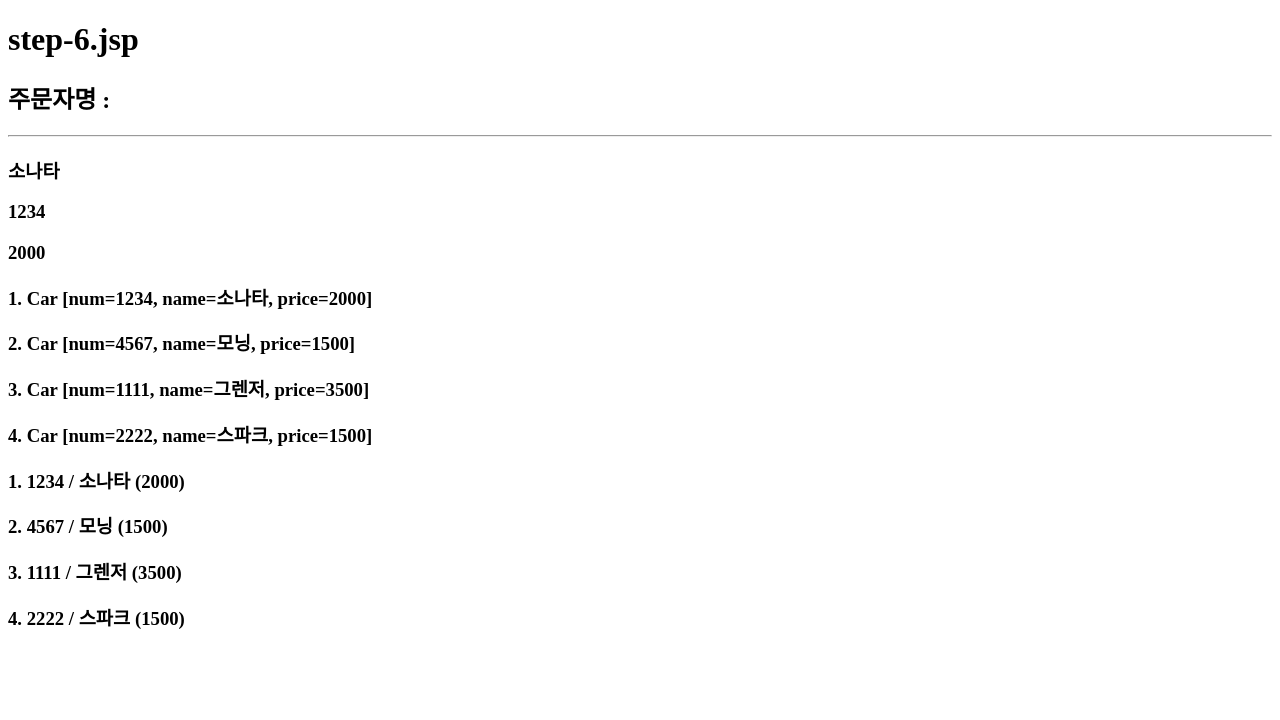
Repository: dtkd19/jsp-jstl_241021
Page: http://localhost/jstl_study/step-6.jsp
The author's editor kept a copy of each file at every save. The page is drawn from the files as they stood at one save, then again after a run of saves.
The browser window is 1280 px wide. The pictures show the whole page.
The page is served by Tomcat 9.

Above is the page before, as saved 2024-10-21 07:09:22.

### jstl_study/src/main/webapp/step-6.jsp
<%@ page language="java" contentType="text/html; charset=UTF-8"
    pageEncoding="UTF-8"%>
    <%@ page import="jstl_study.Car" %>
    <%@ page import="jstl_study.Student" %>
    <%@ page import="java.util.ArrayList" %>
    <%@ taglib uri="http://java.sun.com/jsp/jstl/core" prefix="c"%>
    <%
     // post 방식의 한글인코딩 처리
     	request.setCharacterEncoding("utf-8");
    %>

<!DOCTYPE html>
<html>
<head>
<meta charset="UTF-8">
<title>Insert title here</title>
</head>
<body>
	<h1>step-6.jsp</h1>

	<h2>주문자명 : ${param.customer }</h2>
	<c:forEach items="${paramValues.menu }" var="m" varStatus="i">
	<h3> ${i.count }. ${m }</h3>
	</c:forEach>

	<hr>

	<%
	Car car = new Car("1234","소나타",2000);
	request.setAttribute("car", car);

	%>
	<!-- car 객체를 출력 -->
	<h3>${requestScope.car.name }</h3>
	<h3>${car.num }</h3>
	<h3>${car.price }</h3>

	<%
	ArrayList<Car> list = new ArrayList<>();
	list.add(car);
	list.add(new Car("4567","모닝",1500));
	list.add(new Car("1111","그렌저",3500));
	list.add(new Car("2222","스파크",1500));
	// request.setAttribute("list", list);
	// session 객체는 다른 jsp에서도 사용 가능
	session.setAttribute("list", list);
	%>


	<c:forEach items="${list }" var="c" varStatus="i">
	<h3>${i.count }. ${c }</h3>
	</c:forEach>

	<c:forEach items="${list }" var="c" varStatus="i">
	<h3>${i.count }. ${c.num} / ${c.name } (${c.price})</h3>
	</c:forEach>

	<%
	ArrayList<Student> stuList = new ArrayList<>();
	stuList.add(new Student("20175048","엄","010-0000-1111","인천",27));
	stuList.add(new Student("20206485","홍","010-2222-1111","인천",24));
	stuList.add(new Student("20183041","엄","010-3333-2222","인천",26));
	stuList.add(new Student("20217046","엄","010-5555-1141","인천",23));
	stuList.add(new Student("20249038","엄","010-6124-1261","인천",20));
	session.setAttribute("stuList", stuList);
	%>

	<c:forEach items="${stuList }"></c:forEach>



</body>
</html>

### jstl_study/src/main/java/jstl_study/Car.java
package jstl_study;


public class Car {
// num / name / price
	private String num;
	private String name;
	private int price;

	public Car() {}
	public Car(String num, String name, int price) {
		this.num = num;
		this.name = name;
		this.price = price;
	}
	public String getNum() {
		return num;
	}
	public void setNum(String num) {
		this.num = num;
	}
	public String getName() {
		return name;
	}
	public void setName(String name) {
		this.name = name;
	}
	public int getPrice() {
		return price;
	}
	public void setPrice(int price) {
		this.price = price;
	}

	@Override
	public String toString() {
		return "Car [num=" + num + ", name=" + name + ", price=" + price + "]";
	}



}

### jstl_study/src/main/java/jstl_study/Student.java
package jstl_study;

public class Student {
	// num, name, phone, addr, age

	private String num;
	private String name;
	private String phone;
	private String addr;
	private int age;
	public Student() {
	}
	public Student(String num, String name, String phone, String addr, int age) {
		this.num = num;
		this.name = name;
		this.phone = phone;
		this.addr = addr;
		this.age = age;
	}

	public String getNum() {
		return num;
	}
	public void setNum(String num) {
		this.num = num;
	}
	public String getName() {
		return name;
	}
	public void setName(String name) {
		this.name = name;
	}
	public String getPhone() {
		return phone;
	}
	public void setPhone(String phone) {
		this.phone = phone;
	}
	public String getAddr() {
		return addr;
	}
	public void setAddr(String addr) {
		this.addr = addr;
	}
	public int getAge() {
		return age;
	}
	public void setAge(int age) {
		this.age = age;
	}
	@Override
	public String toString() {
		return "Student [num=" + num + ", name=" + name + ", phone=" + phone + ", addr=" + addr + ", age=" + age + "]";
	}




}

After the next 3 saves:
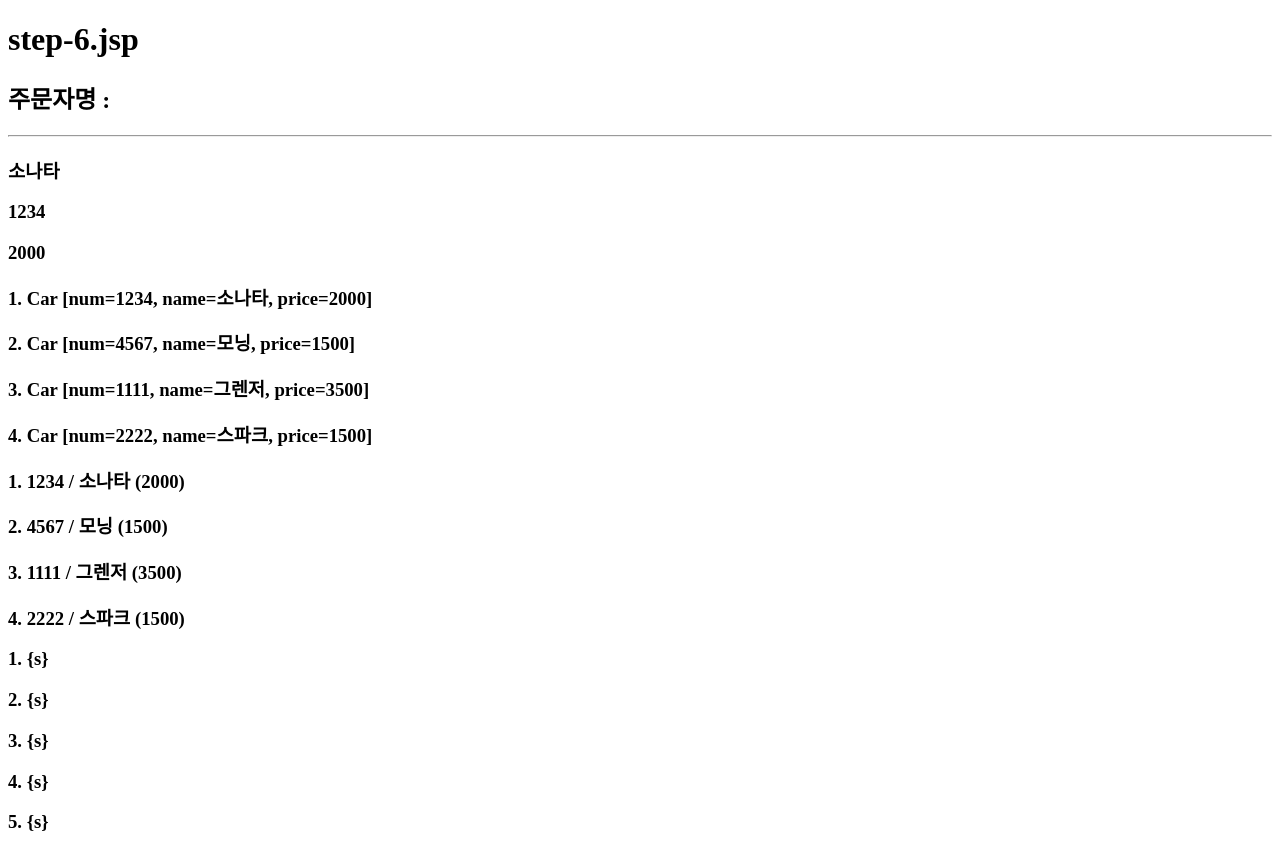
The 3 saves are shown as one change because 2 did not build or start.
The last was saved 59 s later.
--- a/jstl_study/src/main/webapp/step-6.jsp
+++ b/jstl_study/src/main/webapp/step-6.jsp
@@ -65,7 +65,11 @@
 	session.setAttribute("stuList", stuList);
 	%>
 
-	<c:forEach items="${stuList }"></c:forEach>
+	<c:forEach items="${stuList }" var="s" varStatus="i">
+
+	<h3>${i.count }. {s}</h3>
+
+	</c:forEach>
 
 
 
